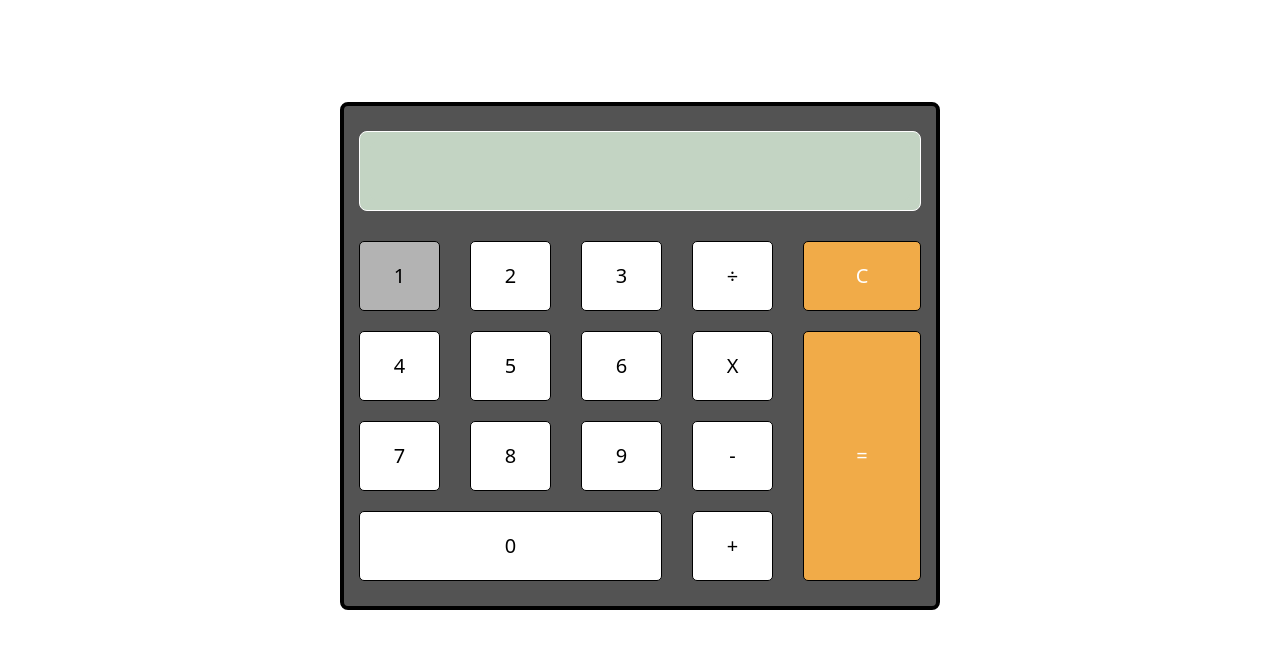
Repository: jsakdalan/CalculatorReactTypescript
Page: /
These files come from the project's save history. The page is drawn as it stood at one moment and after the next save; the edit follows.
The browser window is 1280 px wide. The pictures show the whole page.
The first visible `.btn-primary` has the focus.
The project was rebuilt for these pictures with package versions that can differ from the ones it lists, and the page was loaded fresh each time. Also part of the build but not shown: src/App.css.

Above is the page before, as saved 2022-06-07 17:49:04.

After the next save:
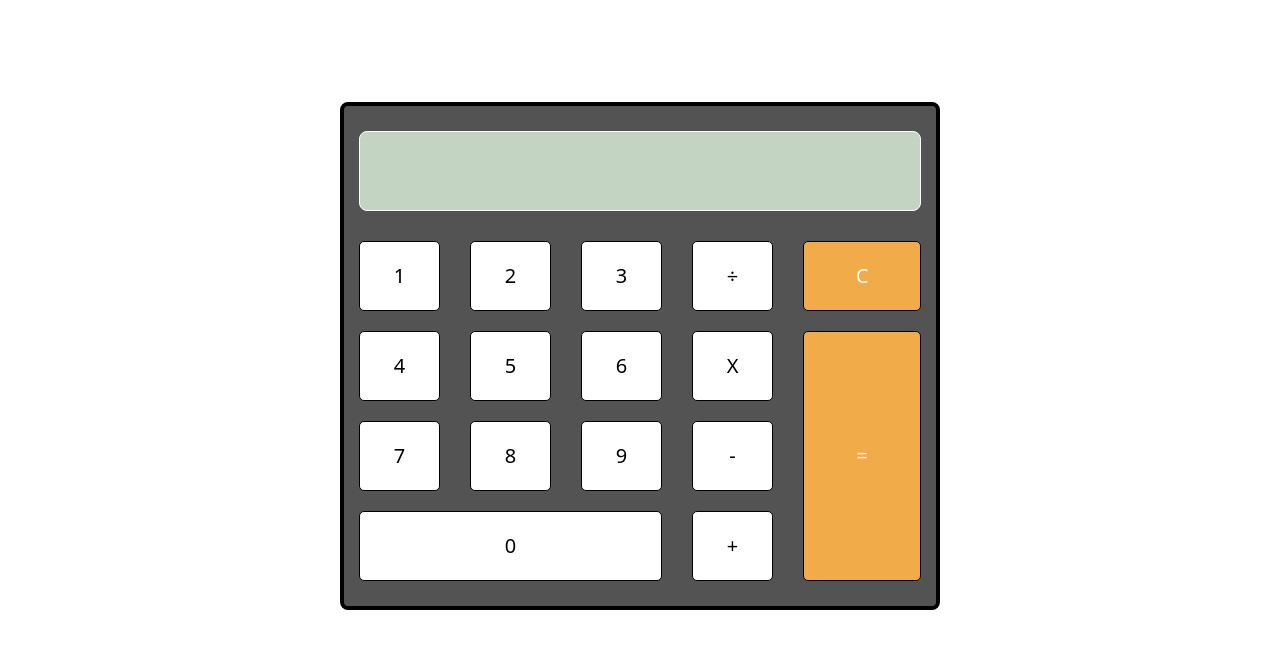
Saved 14 s later.
--- a/src/pages/Calculator.css
+++ b/src/pages/Calculator.css
@@ -50,7 +50,6 @@
 }
 
 .btn-primary:focus{
-    background-color:rgb(179, 179, 179)!important;
     box-shadow: none!important;
 }
 
